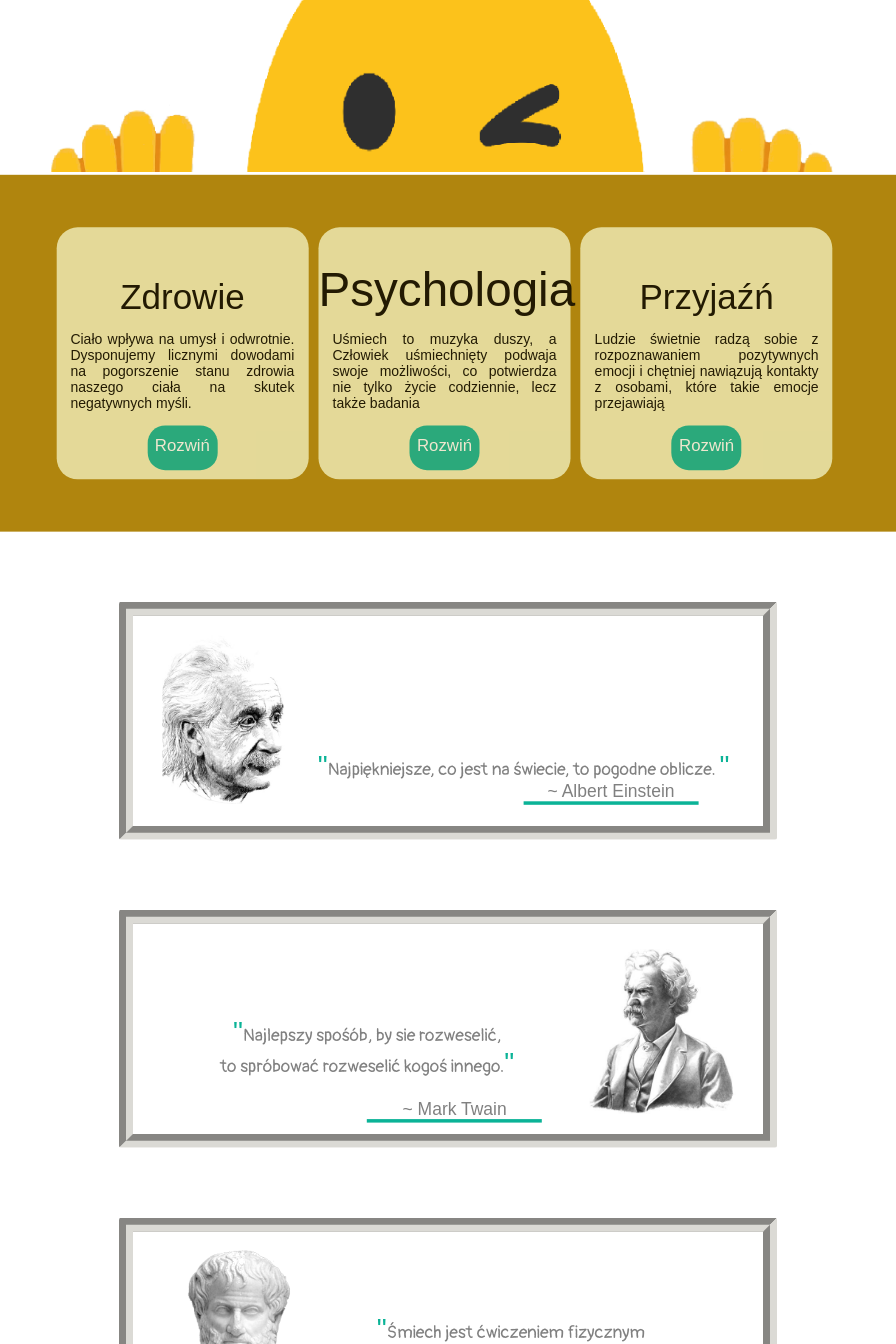
Repository: addstaw/moja-strona
Page: index.html
These files come from the project's save history. The page is drawn as it stood at one moment and after the next save; the edit follows.
The browser window is 1280 px wide. The pictures show the part of the page from y = 474 to 2394 px (the page is 3784 px tall before and 3264 px after), at 70% of full size.
Some web fonts or font styles are not loaded; a fallback is used.

Above is the page before, as saved 2020-05-21 22:06:38.

### index.html
<!DOCTYPE html>
<html lang="pl">
    <head>
        <meta charset="utf-8"/>
        <title> Cheer Up</title>
        <link rel="shortcut icon" href="png/logo1.png" type="image/x-icon" />
        <meta name="description" content="Uśmiech to coś więcej niż prosty wyraz emocji. To nasza dusza wypuszczona na zewnątrz."/>
        <meta name="keywords" content="uśmiech, szczęście"/>
        <meta http-equiv="X-UA-Compatible" content="IE=edge, chrome=1"/>
        <link rel="stylesheet" href="css/style8.css" type="text/css"/>
        <link href="https://fonts.googleapis.com/css2?family=Ceviche+One&display=swap" rel="stylesheet">
        <link href="https://fonts.googleapis.com/css2?family=Pangolin&display=swap" rel="stylesheet">
    <body>
        <div id="maincontainer">
            <herder>
                <div id="header">
                    <nav>
                        <span><img id="logo" src="png/header.png" width=360" height="90"/></span>
                    </nav>
                </div>
            </header>

            <div id="pause">

            </div>
            <section>
                <img id="emoticon" src="png/page4.png" width=100%" />
            </section>
        </div>
    <article>
            <div class="content">
                <div id="container">
                    <div id="introduce">
                        <header><div class="headerIntroduce">Zdrowie</div></header>
                        <article><div class="contentIntroduce">
                            Ciało wpływa na umysł i odwrotnie. Dysponujemy licznymi dowodami na pogorszenie stanu zdrowia naszego ciała na skutek negatywnych myśli.
                        </div>
                        <a href="zdrowie.html" target="_blank"> <div class="button">Rozwiń</div></a>
                    </article>
                    </div>
                    <div id="introduce">
                        <header><div class="headerIntroduce" id="mainHeaderIntroduce">Psychologia</div></header>
                        <article><div class="contentIntroduce">
                            Uśmiech to muzyka duszy, a Człowiek uśmiechnięty podwaja swoje możliwości, co potwierdza nie tylko życie codziennie,
                             lecz także badania
                        </div>
                        <a href="psychologia.html" target="_blank"> <div class="button">Rozwiń</div></a>
                    </article>
                    </div>
                    <div id="introduce">
                        <header><div class="headerIntroduce">Przyjaźń</div></header>
                        <article><div class="contentIntroduce">
                            Ludzie świetnie radzą sobie z rozpoznawaniem pozytywnych emocji i chętniej nawiązują kontakty z osobami,
                             które takie emocje przejawiają
                        </div>
                      <a href="przyjazn.html" target="_blank"> <div class="button">Rozwiń</div></a>
                    </article>
                    </div>
                </div>
            </div>
    </article>
    <section>
        <div id="white">
            <article>
                <section>
                    <div class="quoteElement">
                        <img src="png/unnamed.jpg" height="90%" class="statue"/>
                        <div class="quote">
                            <div class="quotationaMarks">"</div>Najpiękniejsze, co jest na świecie, to pogodne oblicze. <div class="quotationaMarks">"</div><br/>
                              <div class="name">~ Albert Einstein</div> <br/> <br/> </div></div>
                </section>
                <section>
                    <div class="quoteElement">
                       <div class="quote">
                            <div class="quotationaMarks">"</div>Najlepszy spośób, by sie rozweselić,<br/>to spróbować rozweselić kogoś innego.<div class="quotationaMarks">"</div> <br/>
                            <div class="name"><br/> ~ Mark Twain </div><br/> <br/> </div>
                        <img src="png/mark-twain-png-samuel-clemens-400.png" height="85%" class="statue"/></div>
                </section>
                <section>
                    <div class="quoteElement">
                        <img src="png/arystoteles.png" height="80%" class="statue"/>
                      <div class="quote"><div class="quotationaMarks">"</div>Śmiech jest ćwiczeniem fizycznym<br/> wielce dla zdrowia korzystnym.<div class="quotationaMarks">"</div> <br/>
                      <div class="name"><br/>~ Arystoteles</div> <br/> <br/> </div></div>
                </section>
                <section>
                    <div class="quoteElement">
                       <div class="quote"><div class="quotationaMarks">"</div>Ludzie są na tyle szczęśliwi na ile sobie pozwolą.<div class="quotationaMarks">"</div> <br/>
                       <div class="name" :last-child><br/>~ Abraham Lincoln</div> <br/> <br/> </div>
                        <img src="png/lincoln2.png" height="80%" class="statue"/></div>
                </section>
            </article>
        </div>
    </section>
    <footer>
        <div id="footer">
            Pozdrawiam i życzę miłego dnia
        </div>
    </footer>
    </body>
</html>

### css/style8.css
*{
    margin: 0px;
    font-family: sans-serif;
}
/*maincontaine*/
    #maincontainer{
        text-align: center;
    }
    #header{
        margin-right: 1500px;
    }
    #pause{
        /*height: calc(103vh - 80vw); first version*/
        height: calc(100vh - 110px - 100vw * (536/1919));
    }
    #logo{
        border-radius: 75px;
        border: 3px solid #0bb397;
        margin-left: 30px;
        margin-top: 10px;
        position: relative;

    }
/*Introduce*/
    .content{
        background-color: #b0850e;
        width: 100%;
        text-align: center;
        padding: 25px 0;
    }
        .headerIntroduce{
            font-size: 50px;
            margin-top: 50px;
            margin-bottom: 20px;
            padding-top: 20px;
        }
            #mainHeaderIntroduce{
                font-size: 68px;
                padding-top: 0;
             }
        .contentIntroduce{
            font-size: 20px;
            text-align: justify;
            padding: 0 20px ;
        }

    #introduce{
        width: 50vh;
        height: 50vh;
        background-color: #f1efbb;
        margin-top: 50px;
        margin-bottom: 50px;
        margin-right: 10px;
        display: inline-block;
        border-radius: 30px;
        opacity: 80%;
    }
    #introduce:hover{
        width: calc(50vh - 10px);
        height: calc(50vh - 10px);
        background-color: #f1efbb;/*#e3e0a6;*/
        margin-top: 45px;
        margin-bottom: 45px;
        margin-right: 10px;
        display: inline-block;
        border-radius: 30px;
        border: solid 5px #0bb397;
        opacity: 100%;
        transition: 0.25s;
    }
    .button{
        text-decoration: none;
        margin-top: 20px;
        width: 100px;
        height: 50px;
        background-color: #0bb397;
        margin-left: auto;
        margin-right: auto;
        padding-top: 14px;
        border-radius: 25px;
        color: #fff;
        font-size: 24px;
    }
    .button:hover{
        box-shadow: 0 0 50px  #888888
    }
    a{
        text-decoration: none;
    }
/* Quotes */
#white{
    background-color: #fff;
    text-align: center;
    padding: 50px 0;
}
    .quoteElement{
        width: 900px;
        height: 300px;
        background-color: #fff;
        margin: 50px 0;
        display: inline-block;
        border: 20px groove #dbdad5;
        border-radius: 3px;
    }
        .quote{
            font-family: 'Pangolin', cursive;
            color: gray;
            font-size: 25px;
            width: 600px;
            margin-bottom: 100px;
            word-wrap: break-word;
            display: inline-block;
        }
            .name{
                border-bottom: 5px solid #0bb397;
                width: 250px;
                float: right;
                margin-right: 50px;
            }
            .quotationaMarks{
                clear: both;
                display: inline-block;
                color: #0bb397;
                font-size: 40px;
            }
        .statue{
            padding-top: 20px;
        }
#footer{
    height: 500px;
    background-color: #0bb397;
    font-size: 100px;
    padding-top: 190px;
    color: #fff;
    text-align: center;

}

After the next save:
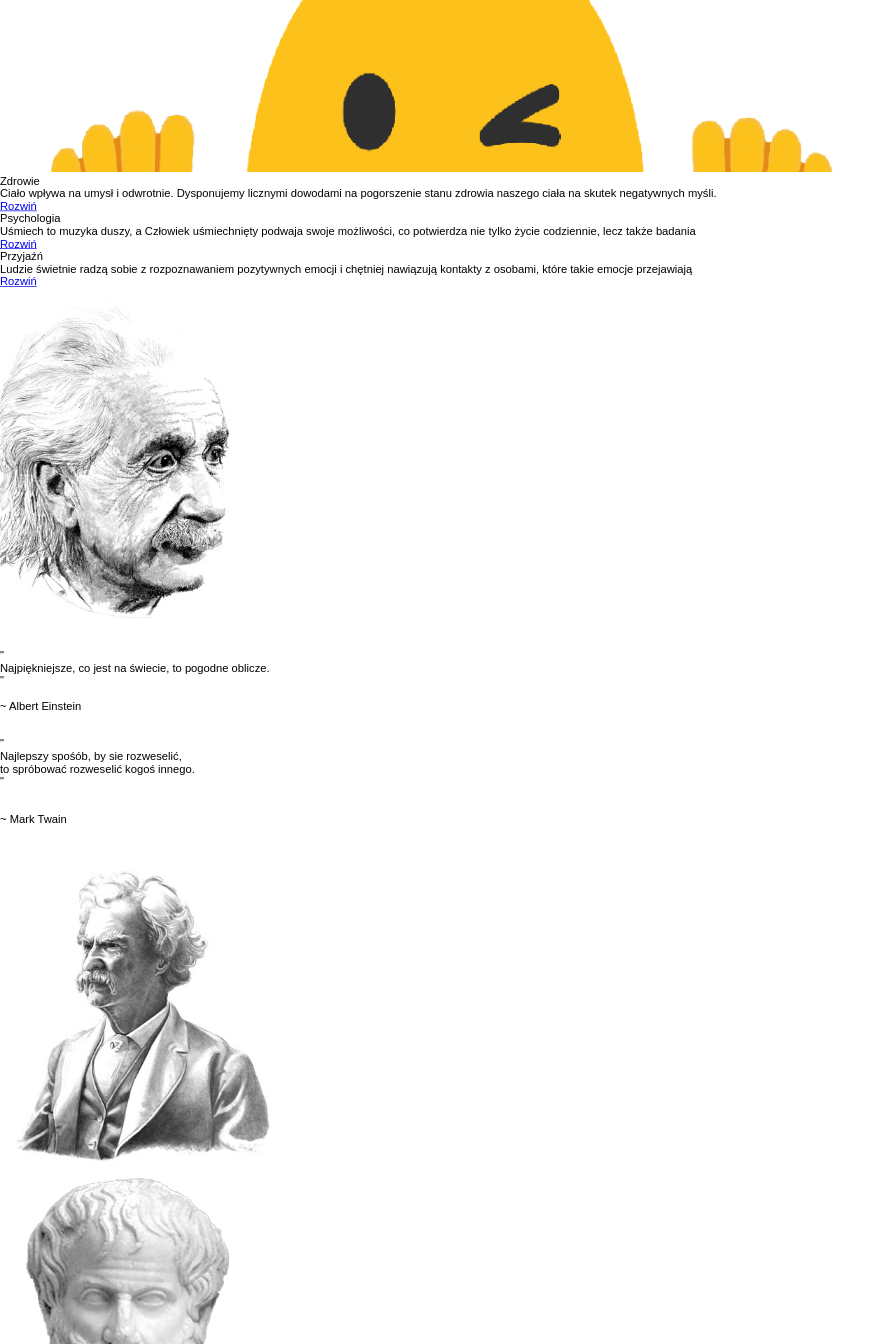
Saved 10 h 45 min later.
--- a/css/style8.css
+++ b/css/style8.css
@@ -21,117 +21,3 @@
         position: relative;
 
     }
-/*Introduce*/
-    .content{
-        background-color: #b0850e;
-        width: 100%;
-        text-align: center;
-        padding: 25px 0;
-    }
-        .headerIntroduce{
-            font-size: 50px;
-            margin-top: 50px;
-            margin-bottom: 20px;
-            padding-top: 20px;
-        }
-            #mainHeaderIntroduce{
-                font-size: 68px;
-                padding-top: 0;
-             }
-        .contentIntroduce{
-            font-size: 20px;
-            text-align: justify;
-            padding: 0 20px ;
-        }
-
-    #introduce{
-        width: 50vh;
-        height: 50vh;
-        background-color: #f1efbb;
-        margin-top: 50px;
-        margin-bottom: 50px;
-        margin-right: 10px;
-        display: inline-block;
-        border-radius: 30px;
-        opacity: 80%;
-    }
-    #introduce:hover{
-        width: calc(50vh - 10px);
-        height: calc(50vh - 10px);
-        background-color: #f1efbb;/*#e3e0a6;*/
-        margin-top: 45px;
-        margin-bottom: 45px;
-        margin-right: 10px;
-        display: inline-block;
-        border-radius: 30px;
-        border: solid 5px #0bb397;
-        opacity: 100%;
-        transition: 0.25s;
-    }
-    .button{
-        text-decoration: none;
-        margin-top: 20px;
-        width: 100px;
-        height: 50px;
-        background-color: #0bb397;
-        margin-left: auto;
-        margin-right: auto;
-        padding-top: 14px;
-        border-radius: 25px;
-        color: #fff;
-        font-size: 24px;
-    }
-    .button:hover{
-        box-shadow: 0 0 50px  #888888
-    }
-    a{
-        text-decoration: none;
-    }
-/* Quotes */
-#white{
-    background-color: #fff;
-    text-align: center;
-    padding: 50px 0;
-}
-    .quoteElement{
-        width: 900px;
-        height: 300px;
-        background-color: #fff;
-        margin: 50px 0;
-        display: inline-block;
-        border: 20px groove #dbdad5;
-        border-radius: 3px;
-    }
-        .quote{
-            font-family: 'Pangolin', cursive;
-            color: gray;
-            font-size: 25px;
-            width: 600px;
-            margin-bottom: 100px;
-            word-wrap: break-word;
-            display: inline-block;
-        }
-            .name{
-                border-bottom: 5px solid #0bb397;
-                width: 250px;
-                float: right;
-                margin-right: 50px;
-            }
-            .quotationaMarks{
-                clear: both;
-                display: inline-block;
-                color: #0bb397;
-                font-size: 40px;
-            }
-        .statue{
-            padding-top: 20px;
-        }
-#footer{
-    height: 500px;
-    background-color: #0bb397;
-    font-size: 100px;
-    padding-top: 190px;
-    color: #fff;
-    text-align: center;
-
-}

After the save that followed:
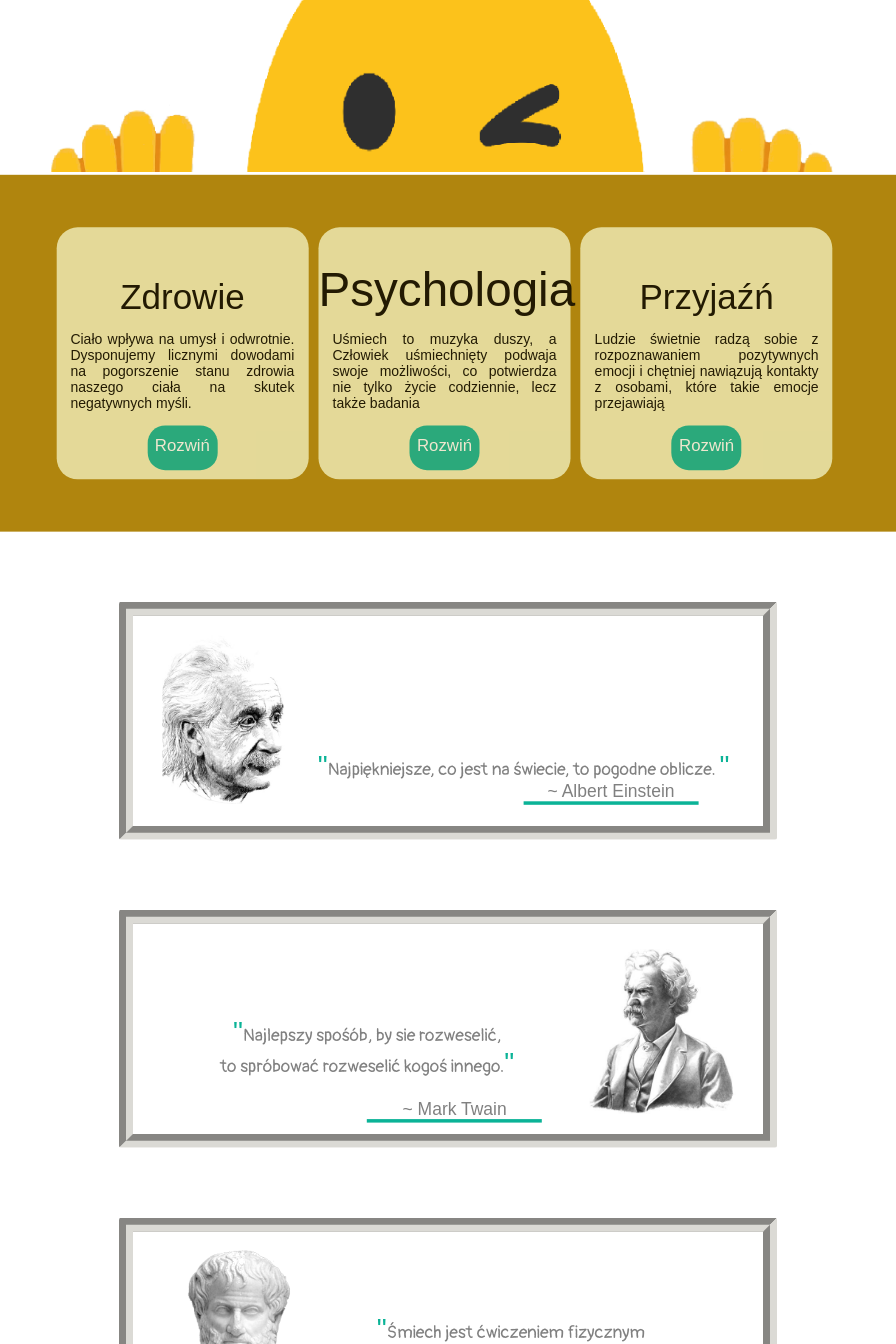
Saved 3 min 38 s later.
--- a/css/style8.css
+++ b/css/style8.css
@@ -21,3 +21,117 @@
         position: relative;
 
     }
+/*Introduce*/
+    .content{
+        background-color: #b0850e;
+        width: 100%;
+        text-align: center;
+        padding: 25px 0;
+    }
+        .headerIntroduce{
+            font-size: 50px;
+            margin-top: 50px;
+            margin-bottom: 20px;
+            padding-top: 20px;
+        }
+            #mainHeaderIntroduce{
+                font-size: 68px;
+                padding-top: 0;
+             }
+        .contentIntroduce{
+            font-size: 20px;
+            text-align: justify;
+            padding: 0 20px ;
+        }
+
+    #introduce{
+        width: 50vh;
+        height: 50vh;
+        background-color: #f1efbb;
+        margin-top: 50px;
+        margin-bottom: 50px;
+        margin-right: 10px;
+        display: inline-block;
+        border-radius: 30px;
+        opacity: 80%;
+    }
+    #introduce:hover{
+        width: calc(50vh - 10px);
+        height: calc(50vh - 10px);
+        background-color: #f1efbb;/*#e3e0a6;*/
+        margin-top: 45px;
+        margin-bottom: 45px;
+        margin-right: 10px;
+        display: inline-block;
+        border-radius: 30px;
+        border: solid 5px #0bb397;
+        opacity: 100%;
+        transition: 0.25s;
+    }
+    .button{
+        text-decoration: none;
+        margin-top: 20px;
+        width: 100px;
+        height: 50px;
+        background-color: #0bb397;
+        margin-left: auto;
+        margin-right: auto;
+        padding-top: 14px;
+        border-radius: 25px;
+        color: #fff;
+        font-size: 24px;
+    }
+    .button:hover{
+        box-shadow: 0 0 50px  #888888
+    }
+    a{
+        text-decoration: none;
+    }
+/* Quotes */
+#white{
+    background-color: #fff;
+    text-align: center;
+    padding: 50px 0;
+}
+    .quoteElement{
+        width: 900px;
+        height: 300px;
+        background-color: #fff;
+        margin: 50px 0;
+        display: inline-block;
+        border: 20px groove #dbdad5;
+        border-radius: 3px;
+    }
+        .quote{
+            font-family: 'Pangolin', cursive;
+            color: gray;
+            font-size: 25px;
+            width: 600px;
+            margin-bottom: 100px;
+            word-wrap: break-word;
+            display: inline-block;
+        }
+            .name{
+                border-bottom: 5px solid #0bb397;
+                width: 250px;
+                float: right;
+                margin-right: 50px;
+            }
+            .quotationaMarks{
+                clear: both;
+                display: inline-block;
+                color: #0bb397;
+                font-size: 40px;
+            }
+        .statue{
+            padding-top: 20px;
+        }
+#footer{
+    height: 500px;
+    background-color: #0bb397;
+    font-size: 100px;
+    padding-top: 190px;
+    color: #fff;
+    text-align: center;
+
+}
